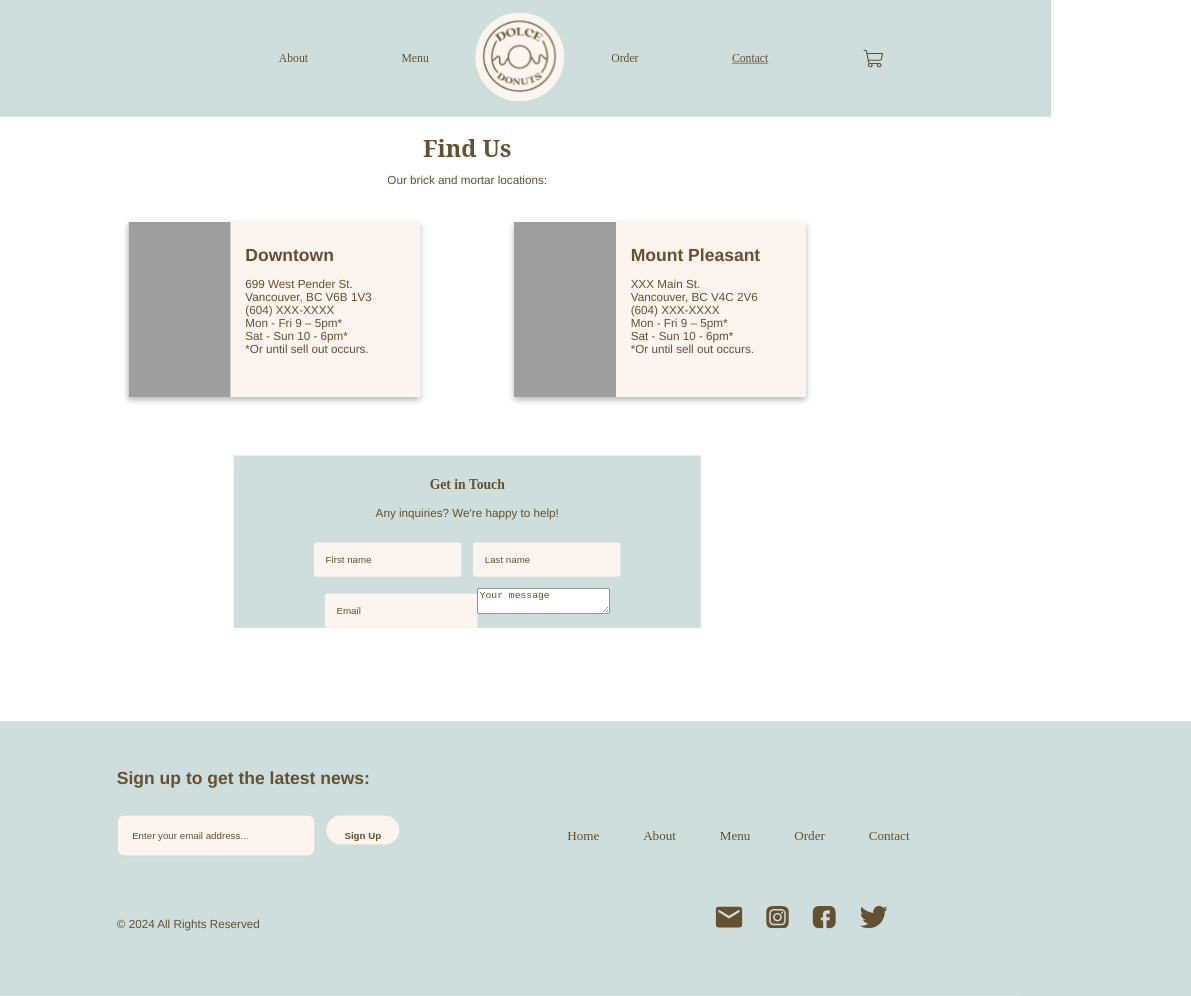
Repository: Crystalhtc/dolcedonuts
Page: /contact
These files come from the project's save history. The page is drawn as it stood at one moment and after the next save; the edit follows.
The browser window is 1280 px wide. The page is 1632 px wide, so the pictures cover 1632 px, including what lies to the right of the window. The pictures show the whole page, at 73% of full size.
Pictures or frames that could not be fetched are drawn as grey boxes. The project was rebuilt for these pictures with package versions that can differ from the ones it lists, and the page was loaded fresh each time. Also part of the build but not shown: vite.config.js, src/pages/Home.module.css, src/pages/Home.jsx, src/components/ProductCard/ProductCard.jsx, src/Data/products.js, src/pages/Order.css, src/pages/Menu.jsx, src/pages/Order.jsx and 13 more.

Above is the page before, as saved 2024-10-20 15:27:54.

After the next save:
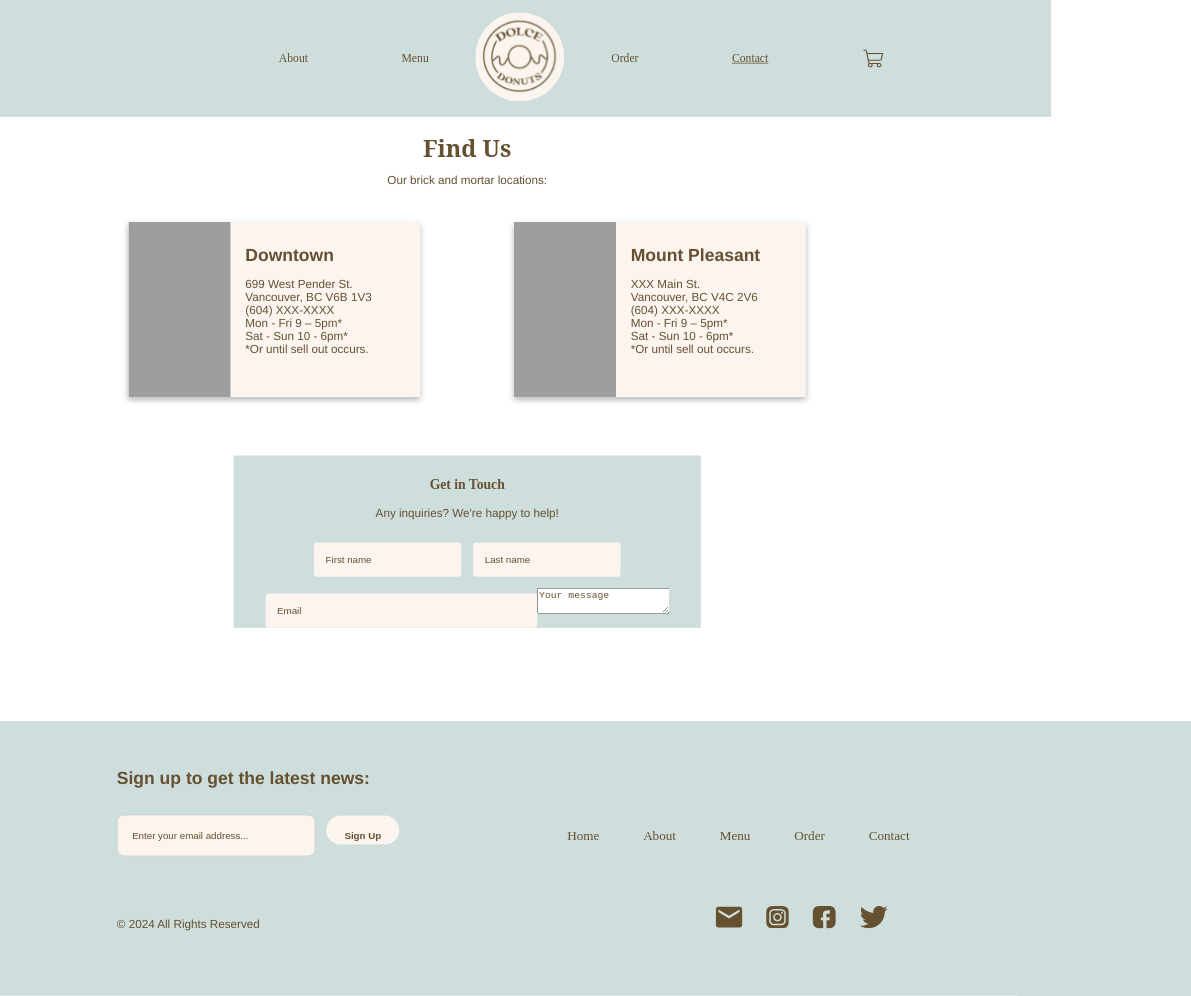
Saved 7 s later.
--- a/src/components/ContactUsForm/ContactForm.jsx
+++ b/src/components/ContactUsForm/ContactForm.jsx
@@ -49,7 +49,7 @@ export default function Form() {
                             </div>
                         </div>
                         <div>
-                            <input type="email" name="email" placeholder="Email"/>
+                            <input className={styles.formPlaceholders} type="email" name="email" placeholder="Email"/>
                             <textarea name="message" placeholder="Your message"></textarea>
                         </div>
                     </div>
